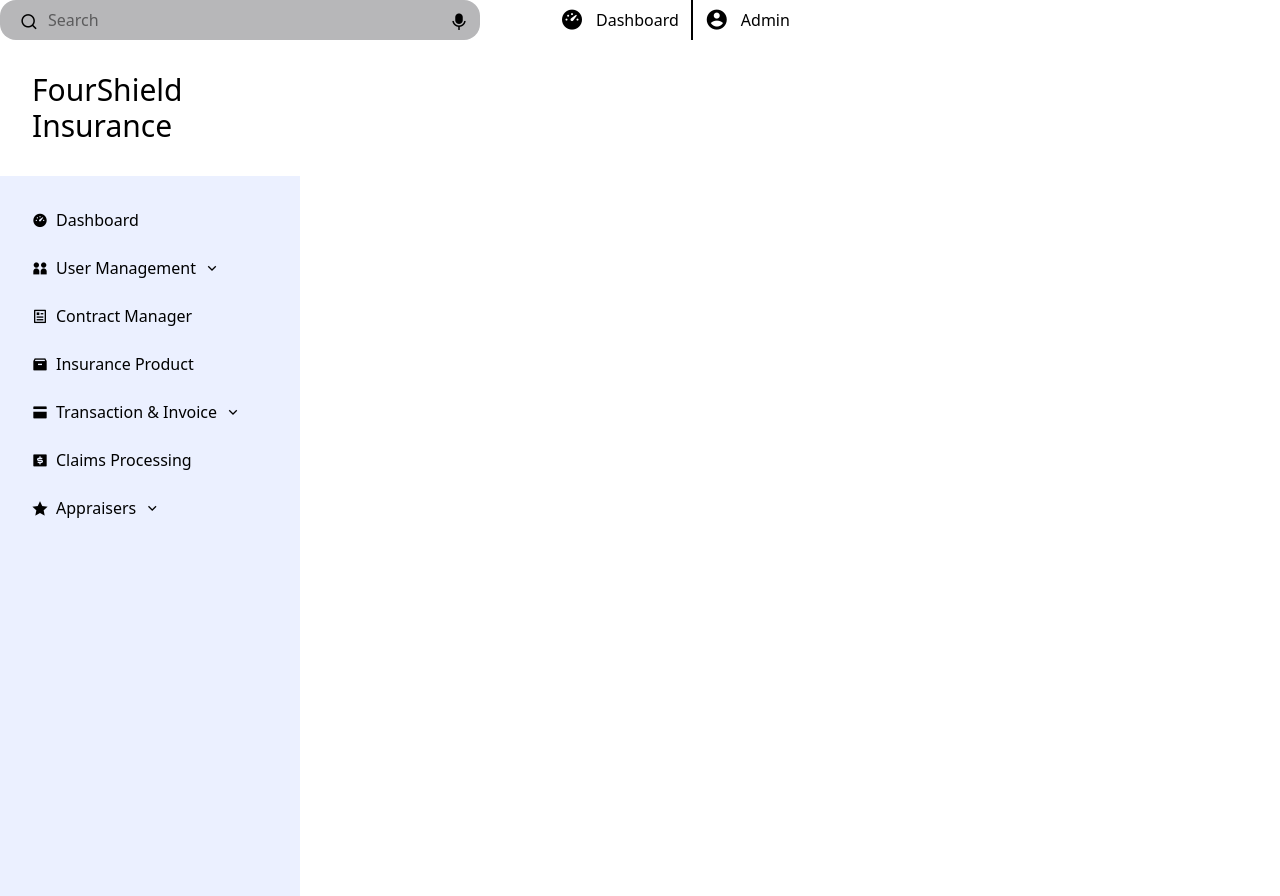
Repository: MockProject9920/MockProject_022025_Nhom4
Page: / (app in frontend/)
The author's editor kept a copy of each file at every save. The page is drawn from the files as they stood at one save, then again after the next save.
The browser window is 1280 px wide. The pictures show the whole page.
The project was rebuilt for these pictures with package versions that can differ from the ones it lists, and the page was loaded fresh each time. Also part of the build but not shown: frontend/vite.config.js.

Above is the page before, as saved 2025-03-12 14:50:10.

### frontend/index.html
<!DOCTYPE html>

<html lang="en">
  <head>
    <meta charset="UTF-8" />
    <link rel="icon" type="image/svg+xml" href="/vite.svg" />
    <meta name="viewport" content="width=device-width, initial-scale=1.0" />
    <title>Vite + React</title>
  </head>
  <body>
    <div id="root"></div>
    <script type="module" src="/src/main.jsx"></script>
  </body>
</html>

### frontend/src/index.css
@import "tailwindcss";
@import "remixicon/fonts/remixicon.css";
/*  font-family: system-ui, Avenir, Helvetica, Arial, sans-serif;
  line-height: 1.5;
  font-weight: 400;

  color-scheme: light dark;
  color: rgba(255, 255, 255, 0.87);
  background-color: #242424;

  font-synthesis: none;
  text-rendering: optimizeLegibility;
  -webkit-font-smoothing: antialiased;
  -moz-osx-font-smoothing: grayscale;
}

a {
  font-weight: 500;
  color: #646cff;
  text-decoration: inherit;
}
a:hover {
  color: #535bf2;
}

body {
  margin: 0;
  display: flex;
  place-items: center;
  min-width: 320px;
  min-height: 100vh;
}

h1 {
  font-size: 3.2em;
  line-height: 1.1;
}

button {
  border-radius: 8px;
  border: 1px solid transparent;
  padding: 0.6em 1.2em;
  font-size: 1em;
  font-weight: 500;
  font-family: inherit;
  background-color: #1a1a1a;
  cursor: pointer;
  transition: border-color 0.25s;
}
button:hover {
  border-color: #646cff;
}
button:focus,
button:focus-visible {
  outline: 4px auto -webkit-focus-ring-color;
}

@media (prefers-color-scheme: light) {
  :root {
    color: #213547;
    background-color: #ffffff;
  }
  a:hover {
    color: #747bff;
  }
  button {
    background-color: #f9f9f9;
  }
} */

### frontend/src/App.jsx
import AdminNavbar from "./components/AdminNavbar";
import AdminSidebar from "./components/AdminSidebar";
import AdminLayout from "./layouts/AdminLayout";

function App() {
  return (
    <>
      {/* <AdminSidebar /> */}
      <AdminLayout />
    </>
  );
}

export default App;

### frontend/src/components/AdminNavbar.jsx
import React from "react";

function AdminNavbar() {
  return (
    <div className="flex space-x-20">
      <div className="relative">
        <input
          type="search"
          placeholder="Search"
          className=" p-3 pl-12 w-120 bg-[#b7b7b9] h-10 rounded-2xl"
        />
        <i class="ri-search-line absolute left-5 top-2 text-lg "></i>
        <i class="ri-mic-fill absolute right-3 top-2 text-lg"></i>
      </div>
      <div className="flex space-x-3">
        <div className="flex space-x-3 items-center pr-3  border-r-2">
          <i class="ri-dashboard-3-fill text-2xl"></i>

          <p>Dashboard</p>
        </div>
        <div className="flex space-x-3 items-center">
          <i class="ri-account-circle-fill text-2xl"></i>
          <p>Admin</p>
        </div>
      </div>
    </div>
  );
}

export default AdminNavbar;

### frontend/src/components/AdminSidebar.jsx
import { useState } from "react";
import { Link } from "react-router-dom";

function AdminSidebar() {
  const [dropdowns, setDropdowns] = useState({
    menu1: false,
    menu2: false,
    menu3: false,
  });
  const toggleDropdown = (menu) => {
    setDropdowns((prevState) => ({
      ...prevState,
      [menu]: !prevState[menu],
    }));
  };
  return (
    <div className="space-y-10 h-screen w-75 ">
      <p className="text-3xl font-medium m-8">FourShield Insurance</p>
      <div className="space-y-6 h-full w-full bg-[#EBF0FF] p-8">
        <div className="flex space-x-2">
          <i class="ri-dashboard-3-fill"></i>
          <p>Dashboard</p>
        </div>
        <div>
          <div
            className="flex space-x-2"
            onClick={() => toggleDropdown("menu1")}
          >
            <i class="ri-group-3-fill"></i> <p>User Management</p>
            <i
              className={
                dropdowns.menu1 ? "ri-arrow-up-s-line" : "ri-arrow-down-s-line"
              }
            />
          </div>
          {dropdowns.menu1 && (
            <div className="ml-8">
              <ul>
                <li>
                  <input type="radio" /> <label htmlFor="">Customer</label>
                </li>
                <li>
                  <input type="radio" /> <label>Employee</label>
                </li>
                <li>
                  <input type="radio" /> <label>Role</label>
                </li>
              </ul>
            </div>
          )}
        </div>

        <div className="flex space-x-2">
          <i class="ri-article-line"></i>
          <p>Contract Manager</p>
        </div>
        <div className="flex space-x-2">
          {" "}
          <i class="ri-archive-2-fill"></i>
          <p>Insurance Product</p>
        </div>

        <div>
          <div
            className="flex space-x-2"
            onClick={() => toggleDropdown("menu2")}
          >
            <i class="ri-bank-card-2-fill"></i>
            <p>Transaction & Invoice</p>
            <i
              className={
                dropdowns.menu2 ? "ri-arrow-up-s-line" : "ri-arrow-down-s-line"
              }
            />
          </div>
          {dropdowns.menu2 && (
            <div className="ml-8">
              <ul>
                <li>
                  <input type="radio" />
                  <label>Transaction Management</label>
                </li>
                <li>
                  <input type="radio" /> <label>Invoice Management</label>
                </li>
              </ul>
            </div>
          )}
        </div>

        <div className="flex space-x-2">
          <i class="ri-money-dollar-box-fill"></i>
          <p>Claims Processing</p>
        </div>
        <div>
          <div
            className=" flex space-x-2"
            onClick={() => toggleDropdown("menu3")}
          >
            <i class="ri-star-fill"></i> <p>Appraisers</p>
            <i
              className={
                dropdowns.menu3 ? "ri-arrow-up-s-line" : "ri-arrow-down-s-line"
              }
            />
          </div>
          {dropdowns.menu3 && (
            <div>
              <ul>
                <li>
                  <input type="radio" /> <label>List of Appraisers</label>
                </li>
                <li>
                  <input type="radio" /> <label>Assessment Report</label>
                </li>
              </ul>
            </div>
          )}
        </div>
      </div>
    </div>
  );
}

export default AdminSidebar;

### frontend/src/layouts/AdminLayout.jsx
import React from "react";
import AdminNavbar from "../components/AdminNavbar";
import AdminSidebar from "../components/AdminSidebar";

function AdminLayout() {
  return (
    <div>
      <AdminNavbar />
      <AdminSidebar />
    </div>
  );
}

export default AdminLayout;

Loaded but not shown: frontend/src/main.jsx (common file)

After the next save:
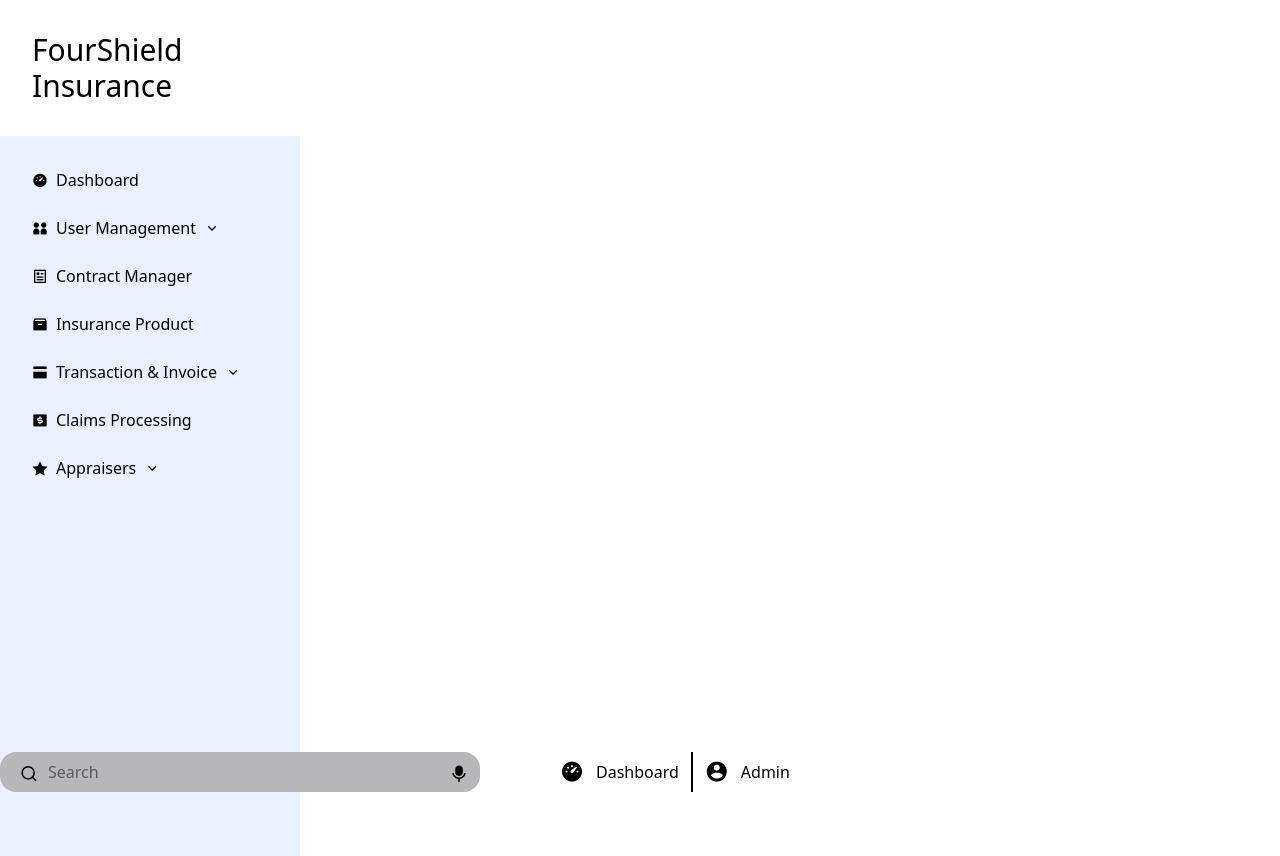
Saved 30 s later.
--- a/frontend/src/layouts/AdminLayout.jsx
+++ b/frontend/src/layouts/AdminLayout.jsx
@@ -5,8 +5,10 @@ import AdminSidebar from "../components/AdminSidebar";
 function AdminLayout() {
   return (
     <div>
-      <AdminNavbar />
       <AdminSidebar />
+      <div>
+        <AdminNavbar />
+      </div>
     </div>
   );
 }
